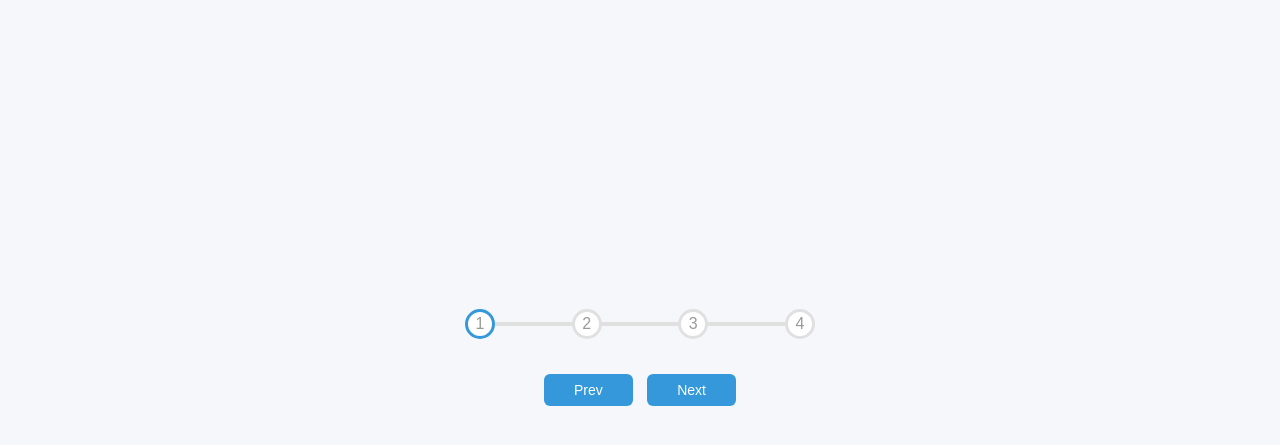
Repository: cyborgEneki/50Projects50Days
Page: progress_steps/index.html
These files come from the project's save history. The page is drawn as it stood at one moment and after the next save; the edit follows.
The browser window is 1280 px wide. The pictures show the whole page.
Some web fonts or font styles are not loaded; a fallback is used.

Above is the page before, as saved 2021-01-02 15:27:21.

### progress_steps/index.html
<!DOCTYPE html>
<html lang="en">
<head>
    <meta charset="UTF-8">
    <meta name="viewport" content="width=device-width, initial-scale=1.0">
    <!-- <link rel="stylesheet" href="https://cdnjs.cloudflare.com/ajax/libs/font-awesome/5.15.1/css/all.min.css"
        integrity="sha512-+4zCK9k+qNFUR5X+cKL9EIR+ZOhtIloNl9GIKS57V1MyNsYpYcUrUeQc9vNfzsWfV28IaLL3i96P9sdNyeRssA=="
        crossorigin="anonymous" /> -->
    <link rel="stylesheet" href="style.css">
    <title>Progress Steps</title>
</head>
<body>
    <div class="container">
        <div class="progress-container">
            <div class="progress" id="progress"></div>
            <div class="circle active">1</div>
            <div class="circle">2</div>
            <div class="circle">3</div>
            <div class="circle">4</div>
        </div>

        <button class="btn" id="prev" disabled>Prev</button>
        <button class="btn" id="next">Next</button>
    </div>
    <script src="script.js"></script>
</body>
</html>

### progress_steps/style.css
@import url('https://fonts.googleapis.com/css?family=Muli&display=swap');

:root {
    --line-border-fill: #3498db;
    --line-border-empty: #e0e0e0;
}

* {
    box-sizing: border-box;
}

body {
    font-family: 'Muli', sans-serif;
    margin: 0;
    display: flex;
    align-items: center;
    justify-content: center;
    height: 100vh;
    overflow: hidden;
    background-color: #f6f7fb;
}

.container {
    text-align: center;
}

.progress-container {
    display: flex;
    justify-content: space-between;
    position: relative;
    margin-bottom: 30px;
    max-width: 100%;
    width: 350px;
}

.progress-container::before {
    content: '';
    background-color: var(--line-border-empty);
    position: absolute;
    top: 50%;
    left: 0;
    transform: translateY(-50%);
    height: 4px;
    width: 100%;
    z-index: -1;
}

.progress {
    background-color:var(--line-border-fill);
    position: absolute;
    top: 50%;
    left: 0;
    height: 4px;
    width: 0%;
    transform: translateY(-50%);
    z-index: -1;
    transition: .4s ease;
}

.circle {
    background-color: #fff;
    color: #999;
    border-radius: 50%;
    height: 30px;
    width: 30px;
    display: flex;
    align-items: center;
    justify-content: center;
    border: 3px solid var(--line-border-empty);
    transition: .4s ease;
}

.circle.active {
    border-color: var(--line-border-fill);
}

.btn {
    background-color: var(--line-border-fill);
    color: #fff;
    border: 0;
    border-radius: 6px;
    cursor: pointer;
    font-family: inherit;
    padding: 8px 30px;
    margin: 5px;
    font-size: 14px;
}

.btn.active {
    transform: scale(0.5);
}

Loaded but not shown: progress_steps/script.js (no stored copy; drawn as an empty file)

After the next save:
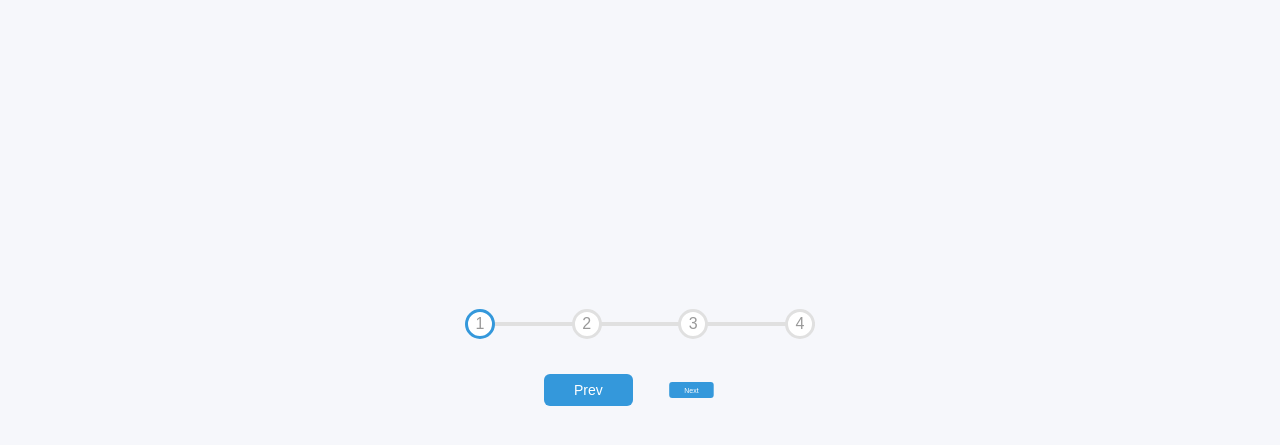
Saved 14 s later.
--- a/progress_steps/index.html
+++ b/progress_steps/index.html
@@ -20,7 +20,7 @@
         </div>
 
         <button class="btn" id="prev" disabled>Prev</button>
-        <button class="btn" id="next">Next</button>
+        <button class="btn active" id="next">Next</button>
     </div>
     <script src="script.js"></script>
 </body>
